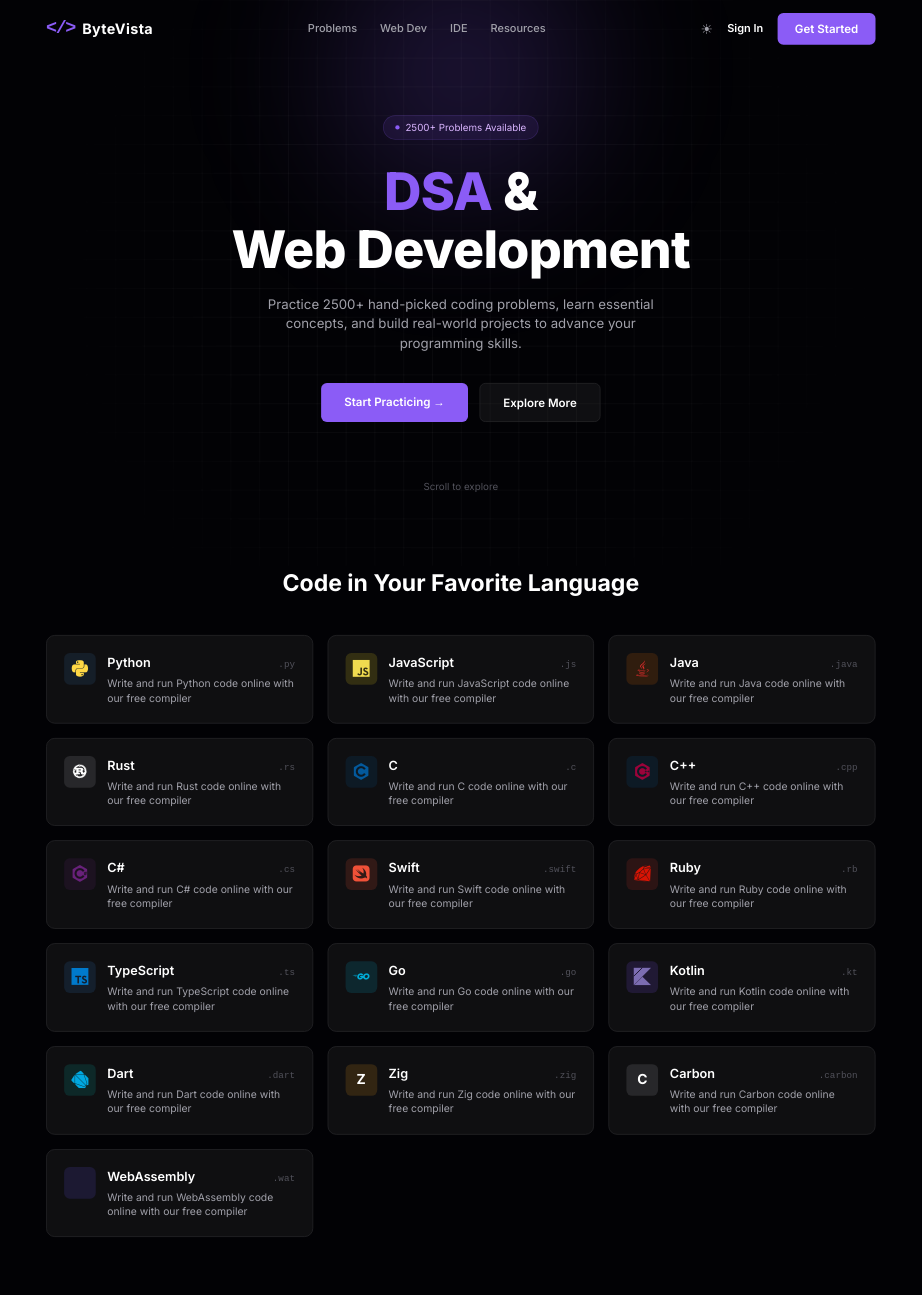
Repository: biswaranjansatapathy2005-lang/ByteVista
Page: frontend/language/language.html
An editor plug-in stored every save of this project. The page is shown before and after the next save, followed by the edit.
The browser window is 1280 px wide. The pictures show the whole page, at 72% of full size.
Some web fonts or font styles are not loaded; a fallback is used.

Above is the page before, as saved 2025-12-13 02:31:01.

After the next save:
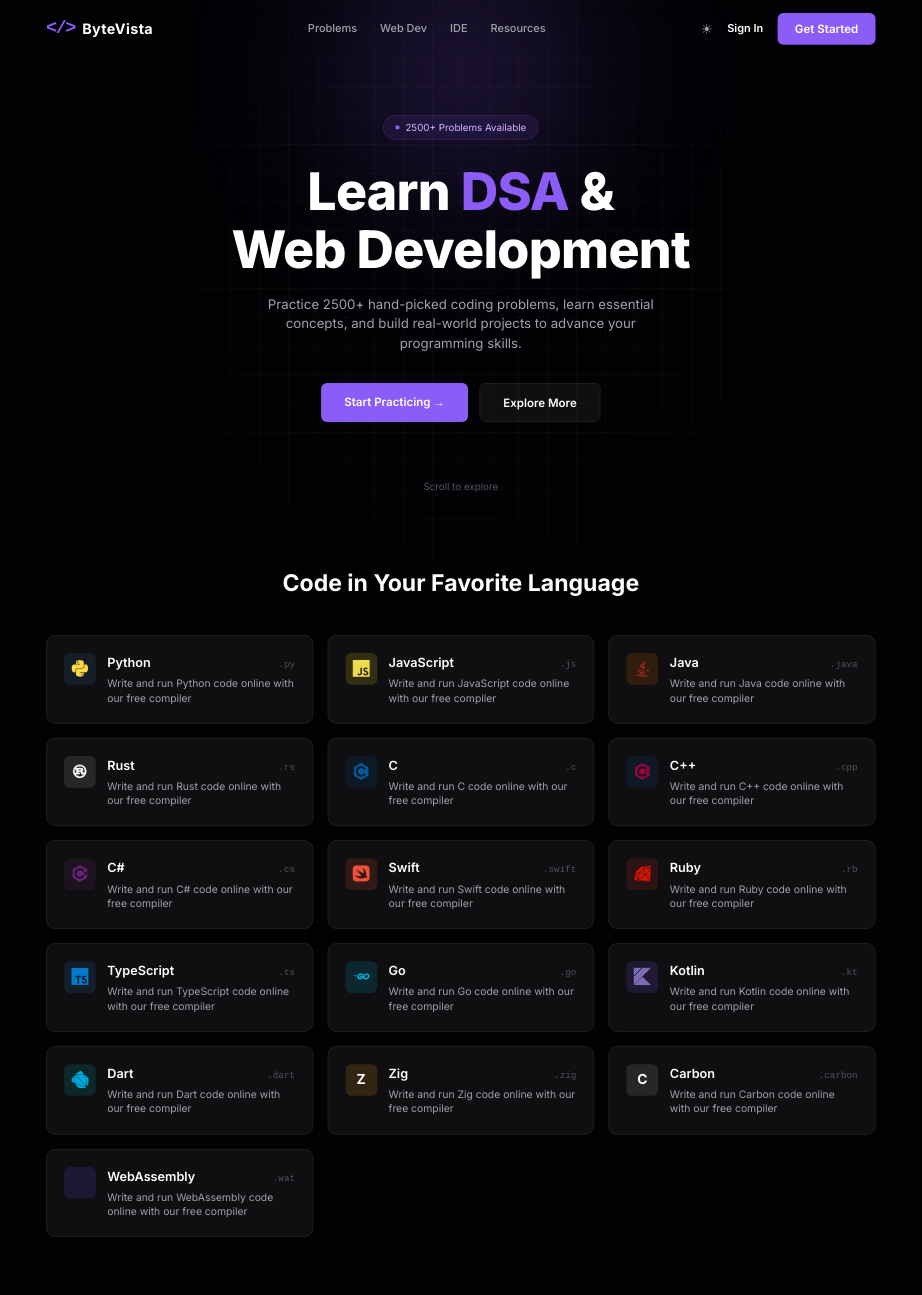
Saved 4 s later.
--- a/frontend/language/language.html
+++ b/frontend/language/language.html
@@ -47,7 +47,7 @@
                     <span class="dot"></span> 2500+ Problems Available
                 </div>
 
-                <h1> <span class="text-highlight">DSA</span> & <br> <span class="text-white">Web Development</span></h1>
+                <h1>Learn <span class="text-highlight">DSA</span> & <br> <span class="text-white">Web Development</span></h1>
 
                 <p class="hero-desc">
                     Practice 2500+ hand-picked coding problems, learn essential concepts, and build real-world projects to advance your programming skills.
